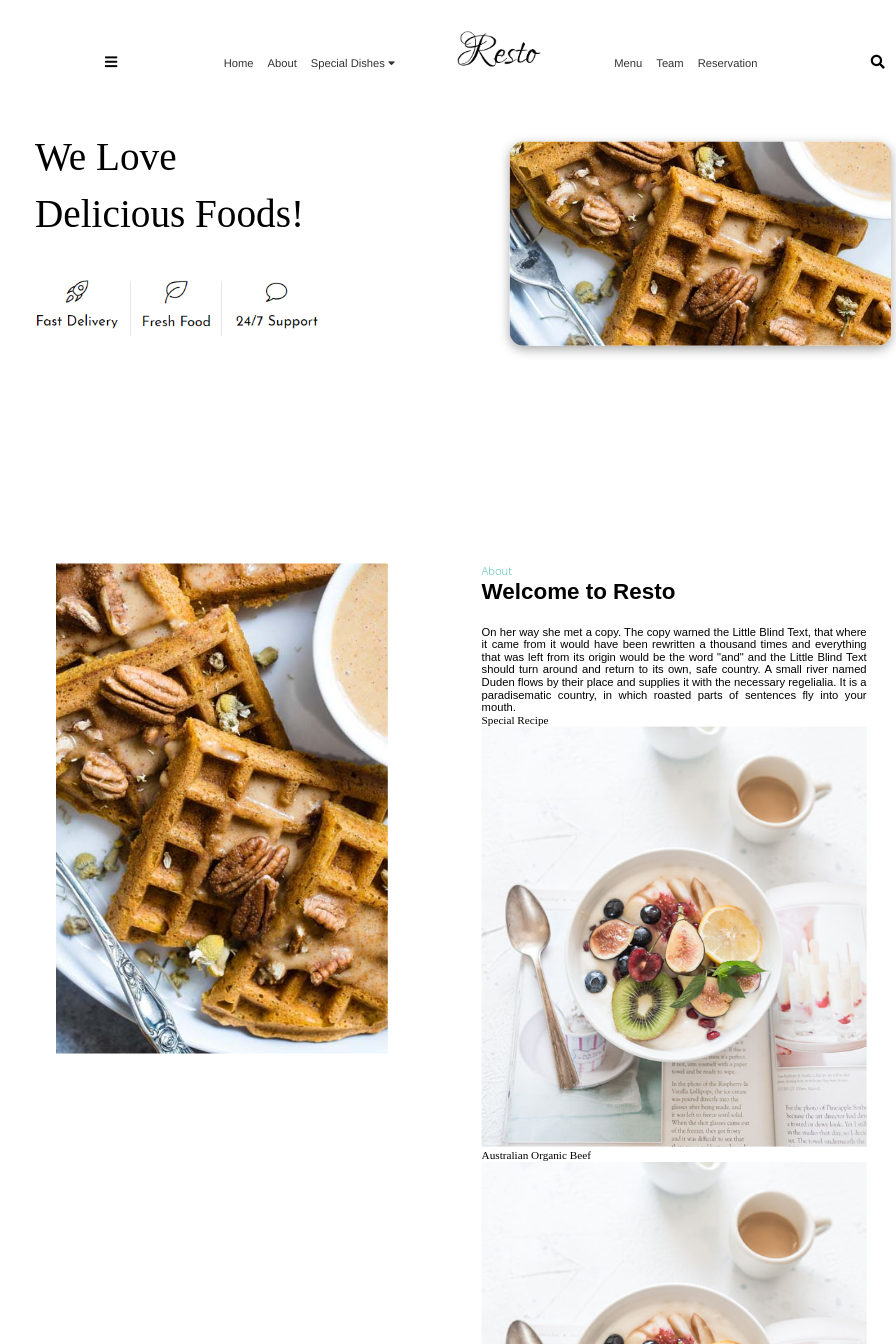
Repository: nguyenanhtuanHDU/myrestaurant
Page: index.html
An editor plug-in stored every save of this project. The page is shown before and after a run of saves, followed by the edit.
The browser window is 1280 px wide. The pictures show the part of the page from y = 0 to 1920 px (the page is 2904 px tall), at 70% of full size.

Above is the page before, as saved 2022-02-01 02:01:27.

After the next 5 saves:
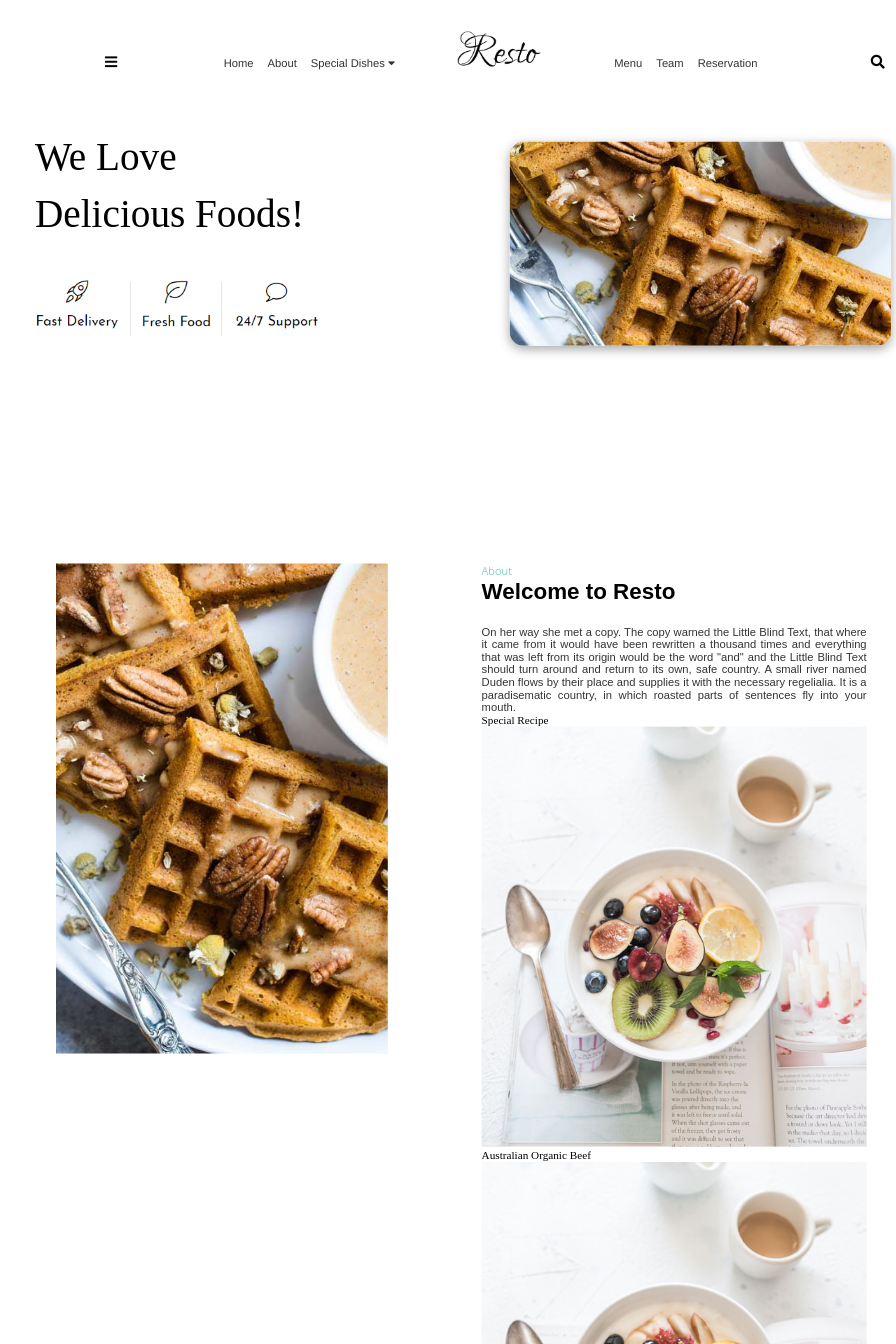
The 5 saves are shown as one change because they came seconds apart.
The last was saved 24 s later.
--- a/assets/style.css
+++ b/assets/style.css
@@ -222,5 +222,5 @@
 .content_para{
     font-family: 'Josefin Sans',sans-serif;
     text-align: justify;
-    op
-}
+    opacity: 0.8;
+}
